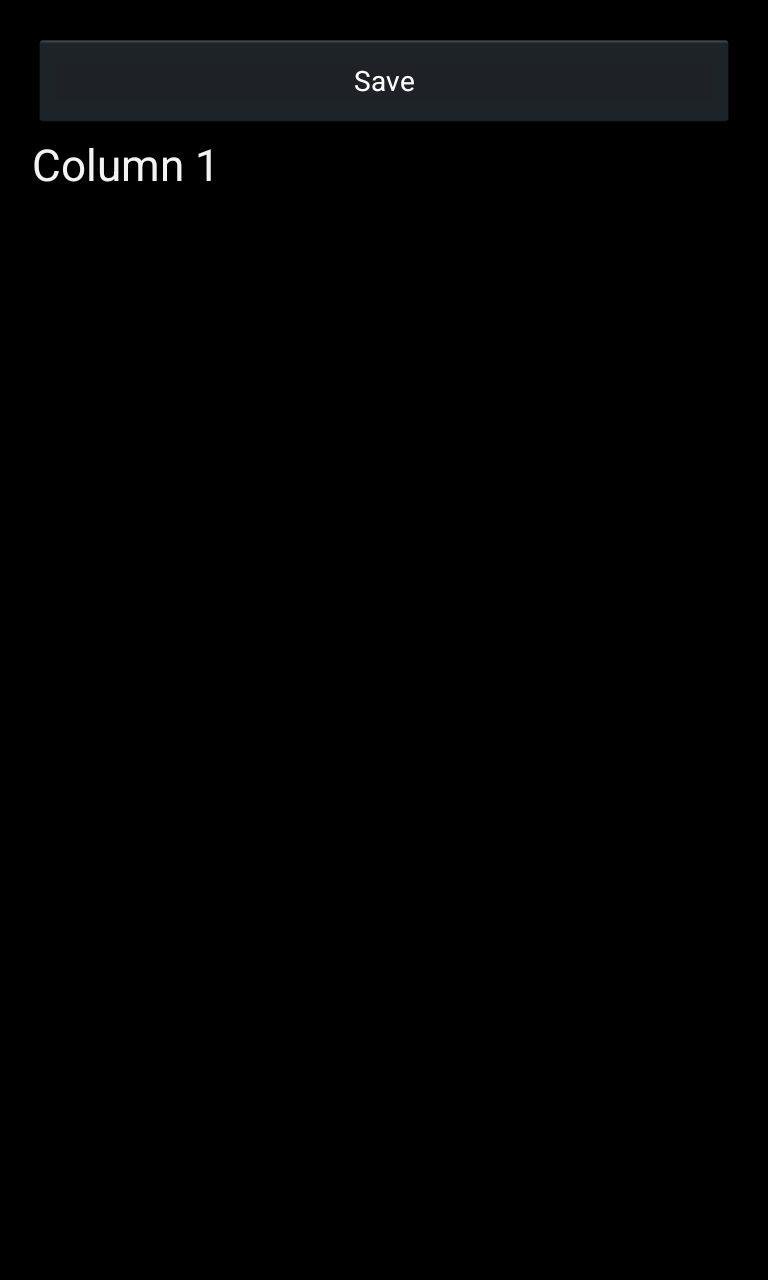
Repository: juanlurie/Android
Layout: HomeCommander/res/layout/settings.xml
The author's editor kept a copy of each file at every save. The layout is drawn from the files as they stood at one save, then again after the next save.
It is drawn on a 768 x 1280 px phone screen (xhdpi) without system bars, with theme AppTheme; the app's code is not run.

Above is the layout before, as saved 2013-08-11 09:23:44.

### HomeCommander/res/layout/settings.xml
<LinearLayout xmlns:android="http://schemas.android.com/apk/res/android"
    xmlns:tools="http://schemas.android.com/tools"
    android:layout_width="match_parent"
    android:layout_height="match_parent"
    android:background="#000000"
    android:orientation="vertical"
    android:paddingBottom="@dimen/activity_vertical_margin"
    android:paddingLeft="@dimen/activity_horizontal_margin"
    android:paddingRight="@dimen/activity_horizontal_margin"
    android:paddingTop="@dimen/activity_vertical_margin"
    tools:context=".MainActivity" >

    <Button
        android:id="@+id/saveSettings"
        style="?android:attr/buttonStyleSmall"
        android:layout_width="match_parent"
        android:layout_height="wrap_content"
        android:text="Save"
        android:textColor="#FFFFFF" />

    <TableLayout
        android:layout_width="fill_parent"
        android:layout_height="fill_parent" >

        <TableRow
            android:id="@+id/tableRow1"
            android:layout_width="wrap_content"
            android:layout_height="20dp" >

            <TextView
                android:id="@+id/textView1"
                android:text="Column 1"
                android:textAppearance="?android:attr/textAppearanceLarge" />

            <EditText
                android:id="@+id/editText1"
                android:layout_span="2"
                android:text="Column 1 &amp; 2" />
        </TableRow>
    </TableLayout>

</LinearLayout>

### HomeCommander/res/values/styles.xml
<resources>

    <!--
        Base application theme, dependent on API level. This theme is replaced
        by AppBaseTheme from res/values-vXX/styles.xml on newer devices.
    -->
    <style name="AppBaseTheme" parent="android:Theme.Holo">
        <!--
            Theme customizations available in newer API levels can go in
            res/values-vXX/styles.xml, while customizations related to
            backward-compatibility can go here.
        -->
    </style>

    <!-- Application theme. -->
    <style name="AppTheme" parent="android:Theme.Holo">
        <!-- All customizations that are NOT specific to a particular API-level can go here. -->
    </style>

</resources>

Loaded but not shown: HomeCommander/res/values/dimens.xml (common file)

After the next save:
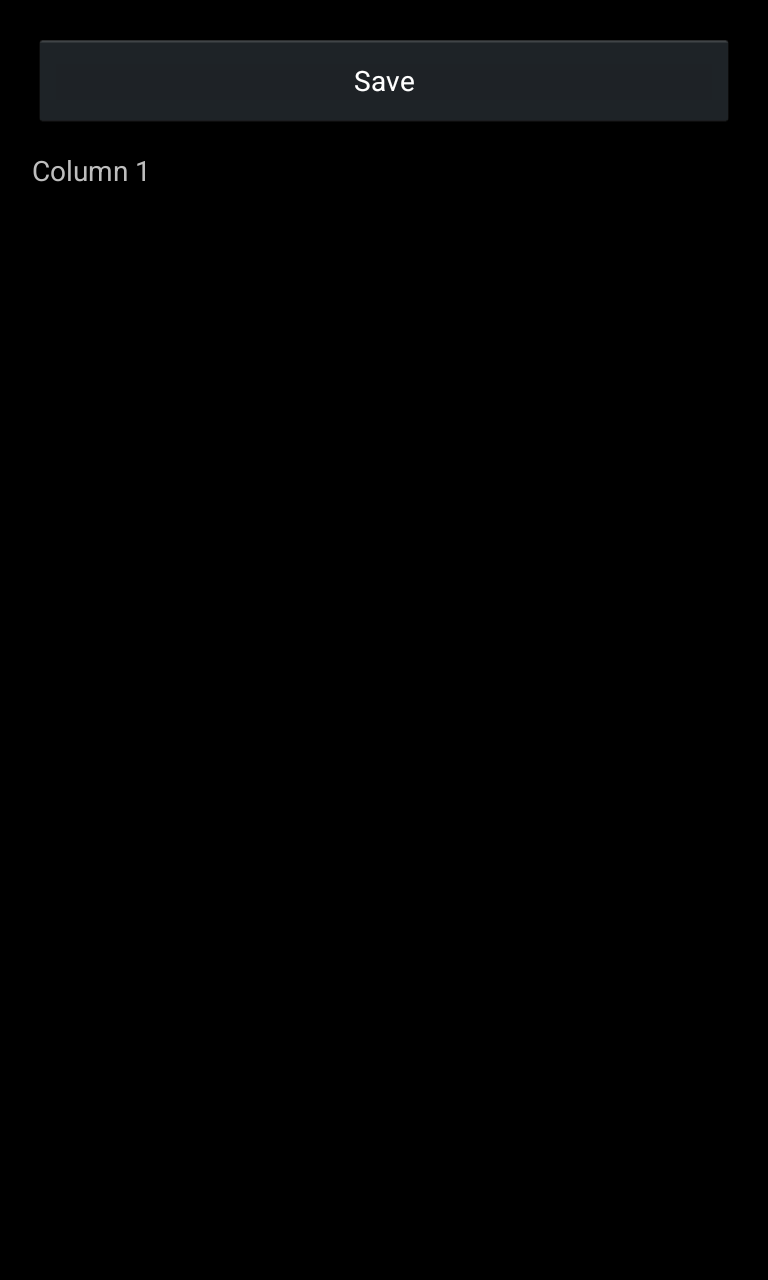
Saved 46 s later.
--- a/HomeCommander/res/layout/settings.xml
+++ b/HomeCommander/res/layout/settings.xml
@@ -25,12 +25,12 @@
         <TableRow
             android:id="@+id/tableRow1"
             android:layout_width="wrap_content"
-            android:layout_height="20dp" >
+            android:layout_height="wrap_content" >
 
             <TextView
                 android:id="@+id/textView1"
                 android:text="Column 1"
-                android:textAppearance="?android:attr/textAppearanceLarge" />
+                android:textAppearance="?android:attr/textAppearanceSmall" />
 
             <EditText
                 android:id="@+id/editText1"
